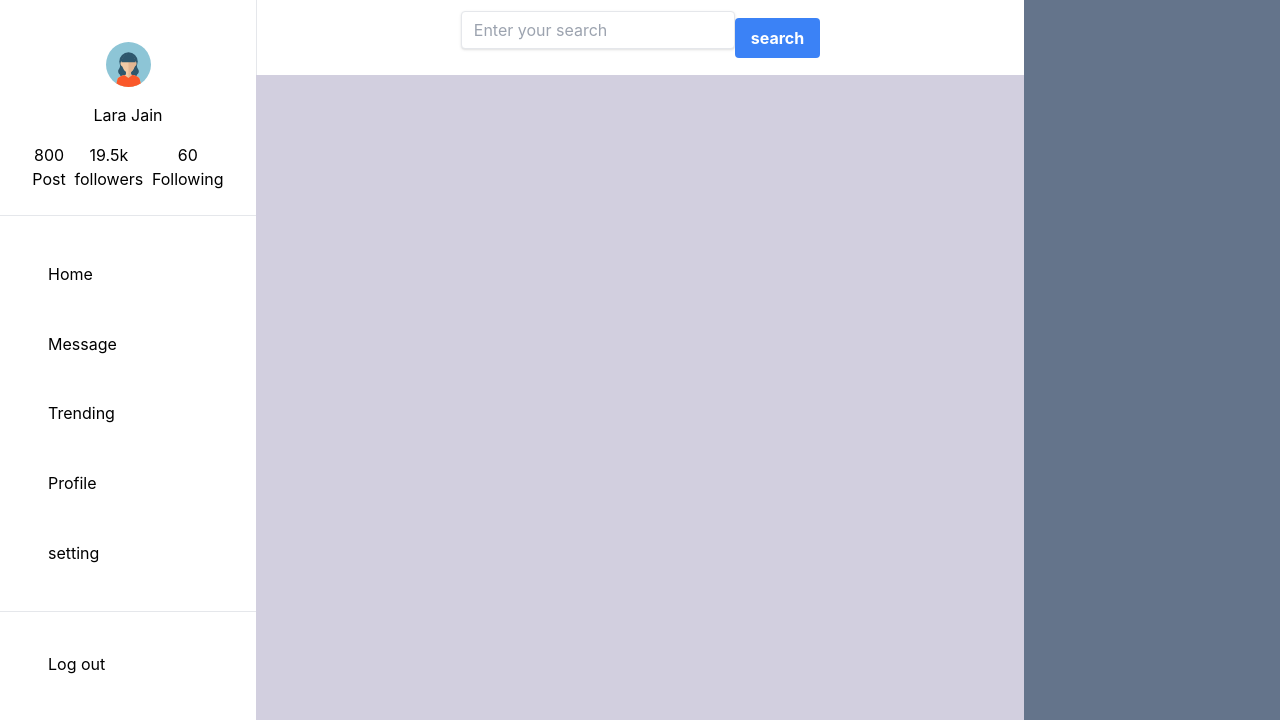
Repository: cosmicswati/upgrad-captions-project
Page: /account/signup
These files come from the project's save history. The page is drawn as it stood at one moment and after the next save; the edit follows.
The browser window is 1280 px wide. The pictures show the whole page.
The project was rebuilt for these pictures with package versions that can differ from the ones it lists, and the page was loaded fresh each time. Also part of the build but not shown: src/modules/Authorization/Form.jsx, src/modules/Authorization/index.js.

Above is the page before, as saved 2024-04-09 15:01:30.

### src/index.css
@tailwind base;
@tailwind components;
@tailwind utilities;

body {
  margin: 0;
  font-family: -apple-system, BlinkMacSystemFont, 'Segoe UI', 'Roboto', 'Oxygen',
    'Ubuntu', 'Cantarell', 'Fira Sans', 'Droid Sans', 'Helvetica Neue',
    sans-serif;
  -webkit-font-smoothing: antialiased;
  -moz-osx-font-smoothing: grayscale;
}

code {
  font-family: source-code-pro, Menlo, Monaco, Consolas, 'Courier New',
    monospace;
}

.scrollbar-hide::-webkit-scrollbar{
  display: none;
}

### src/App.js
import Auth from "./modules/Authorization";
import Home from "./modules/Home";


function App() {
  return (
    <div>
      {/* <Auth />  */}
      <Home />
    </div>
  );
}

export default App;

### src/modules/Home/index.js
import React from 'react'
import { ReactComponent as Avatar} from '../../assets/Avatar.svg'
import Input from '../../components/Input';
import Button from '../../components/Button';

const Home = () => {
  return (
    <div className='h-screen bg-[#d2cfdf]  flex overflow-hidden'>
        <div className='w-[20%] bg-white flex flex-col'>
            <div className='h-[30%] flex justify-center items-center border-b'>
                <div className='flex flex-col justify-center items-center'>
                    <Avatar width={'45px'} height={'45px'}/>
                    <p className='my-4'>Lara Jain</p>
                    <div className='h-[30px] flex justify-around w-[200px] text-center'>
                        <div className='flex flex-col justify-around items-center'>
                            <h4>800</h4>
                            <p>Post</p>
                        </div>
                        <div>
                            <h4>19.5k</h4>
                            <p>followers</p>
                        </div>
                        <div>
                            <h4>60</h4>
                            <p>Following</p>
                        </div>
                    </div>
                </div>
            </div>
            <div className='h-[55%] flex flex-col justify-evenly pl-12 border-b'>
                    <div>Home</div>
                    <div>Message</div>
                    <div>Trending</div>
                    <div>Profile</div>
                    <div>setting</div>
            </div>
            <div className='h-[15%] pt-10'>
                <div className='ml-12 cursor-pointer'>Log out</div>
            </div>
        </div>
        <div className='w-[60%] overflow-scroll h-full scrollbar-hide'>
            <div className='bg-white h-[75px] border-l flex justify-center items-center'>
                 <div className='flex justify-center items-center'>
                    <Input placeholder='Enter your search ' className='mb-4'/>
                    <Button label='search'/>
                 </div>
            </div>
        </div>
        <div className='w-[20%] bg-slate-500'></div>
    </div>
  )
}

export default Home

### src/components/Input/index.js
import React from 'react'

const Input = ({
    name = '',
    label ='',
    type ='',
    placeholder =''
}) => {
  return (
    <div class="mb-4">
        {
          label &&
          <label class="block text-gray-700 text-sm font-bold mb-2" for={name}>
             {label}
          </label>
        }

        <input class="shadow apperance-none border rounded w-full py-2 px-3
         text-gray-700 leading-tight focus:outline-none focus:shadow-outline"
         id={name} type={type} placeholder={placeholder} />

    </div>
  )

}

export default Input

### src/components/Button/index.js
import React from 'react'

const Button = ({
    label ='',
    className =''
}) => {
  return (
    <button className={`bg-blue-500 hover:bg-blue-700 text-white font-bold py-2 px-4 rounded ${className}`}>
      {label}
  </button>
  )
}

export default Button

### tailwind.config.js
/** @type {import('tailwindcss').Config} */
module.exports = {
 mode:'jit',
 purge: [
  './public/**/*.html',
  './src/**/*.{js,jsx,ts,tsx,vue}',
 ],
  content: [
    "./src/**/*.{js,jsx,ts,tsx}",
  ],
  theme: {
    extend: {},
  },
  plugins: [],
}

Loaded but not shown: public/index.html (common file); src/index.js (common file); src/reportWebVitals.js (common file)

After the next save:
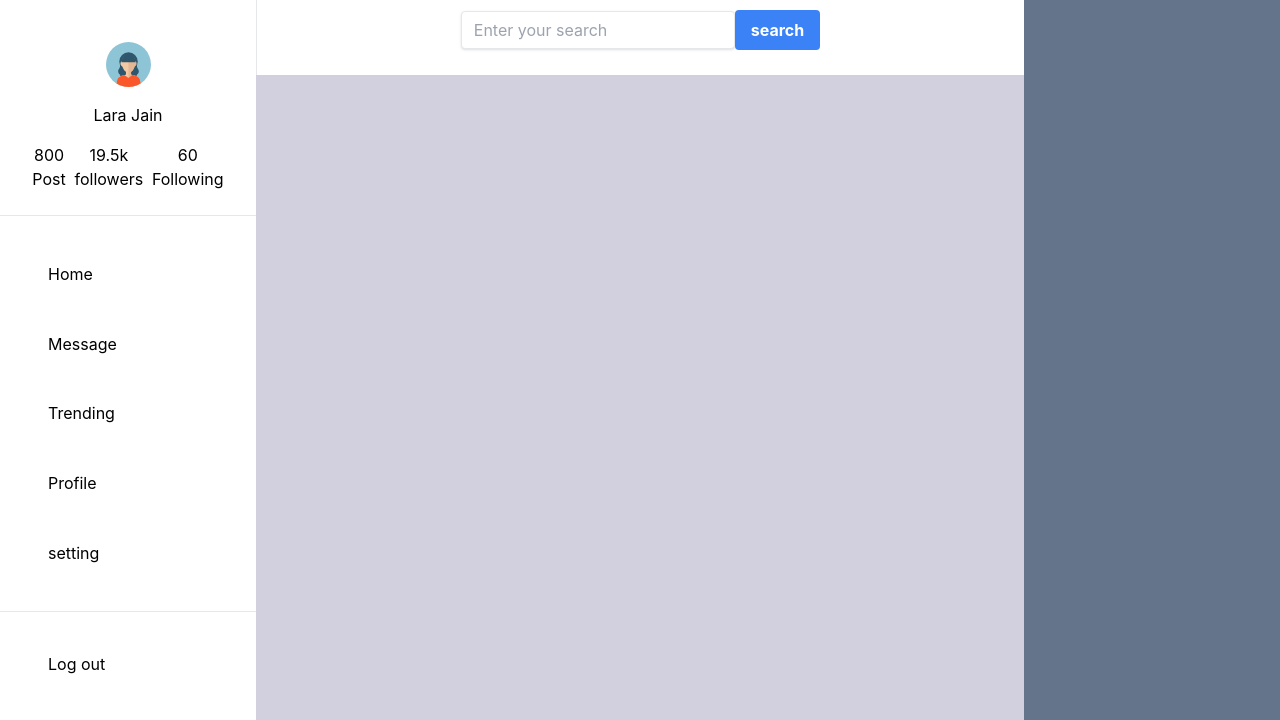
Saved 38 s later.
--- a/src/modules/Home/index.js
+++ b/src/modules/Home/index.js
@@ -41,8 +41,8 @@ const Home = () => {
         <div className='w-[60%] overflow-scroll h-full scrollbar-hide'>
             <div className='bg-white h-[75px] border-l flex justify-center items-center'>
                  <div className='flex justify-center items-center'>
-                    <Input placeholder='Enter your search ' className='mb-4'/>
-                    <Button label='search'/>
+                    <Input placeholder='Enter your search '/>
+                    <Button label='search'  className='mb-4'/>
                  </div>
             </div>
         </div>
